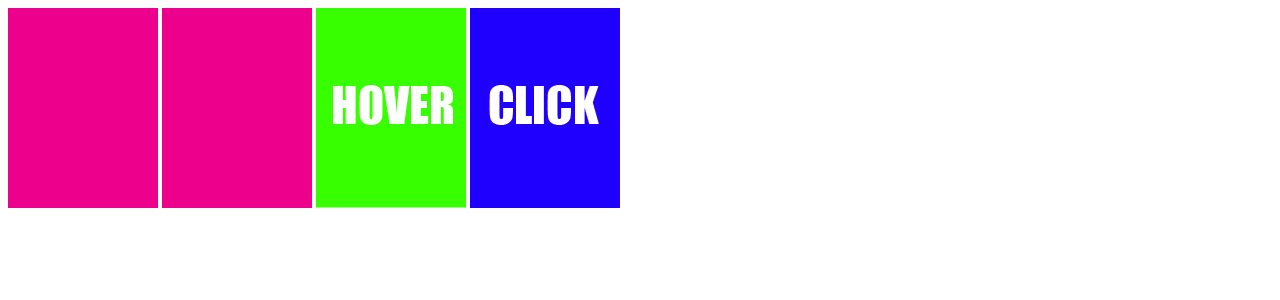
Repository: ConnyPinto/connypinto.github.io
Page: studio/chance-game/test.html
The author's editor kept a record of every edit. The page is drawn from the files as they stood at one moment, then again after the next edit.
The browser window is 1280 px wide. The pictures show the whole page.
Some web libraries are served in a nearby version.

Above is the page before.

After the next edit:
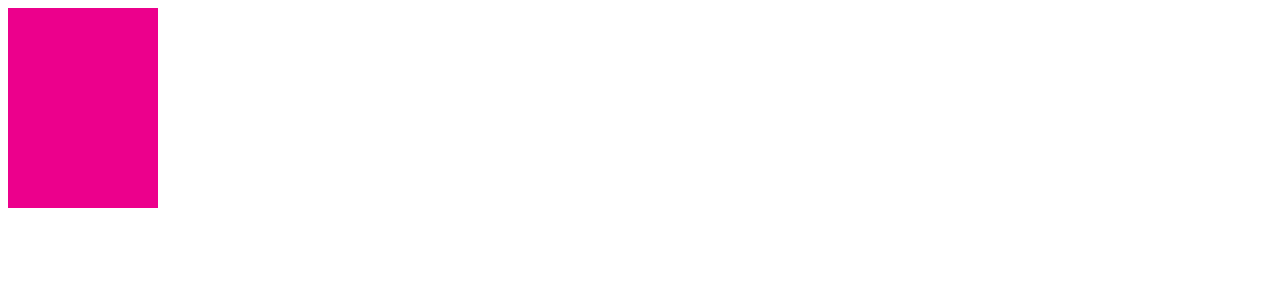
The edit:
--- a/studio/chance-game/test.html
+++ b/studio/chance-game/test.html
@@ -17,12 +17,6 @@
      id="imgClickAndChange" onclick="changeImage()"  />
 
 
-    <img class="visible images" src = "images/test-images-01.png">
-    <img class="hover images" src = "images/test-images-02.png">
-    <img class="click images" src = "images/test-images-03.png">
-
-
-
 </body>
 
 </html>
